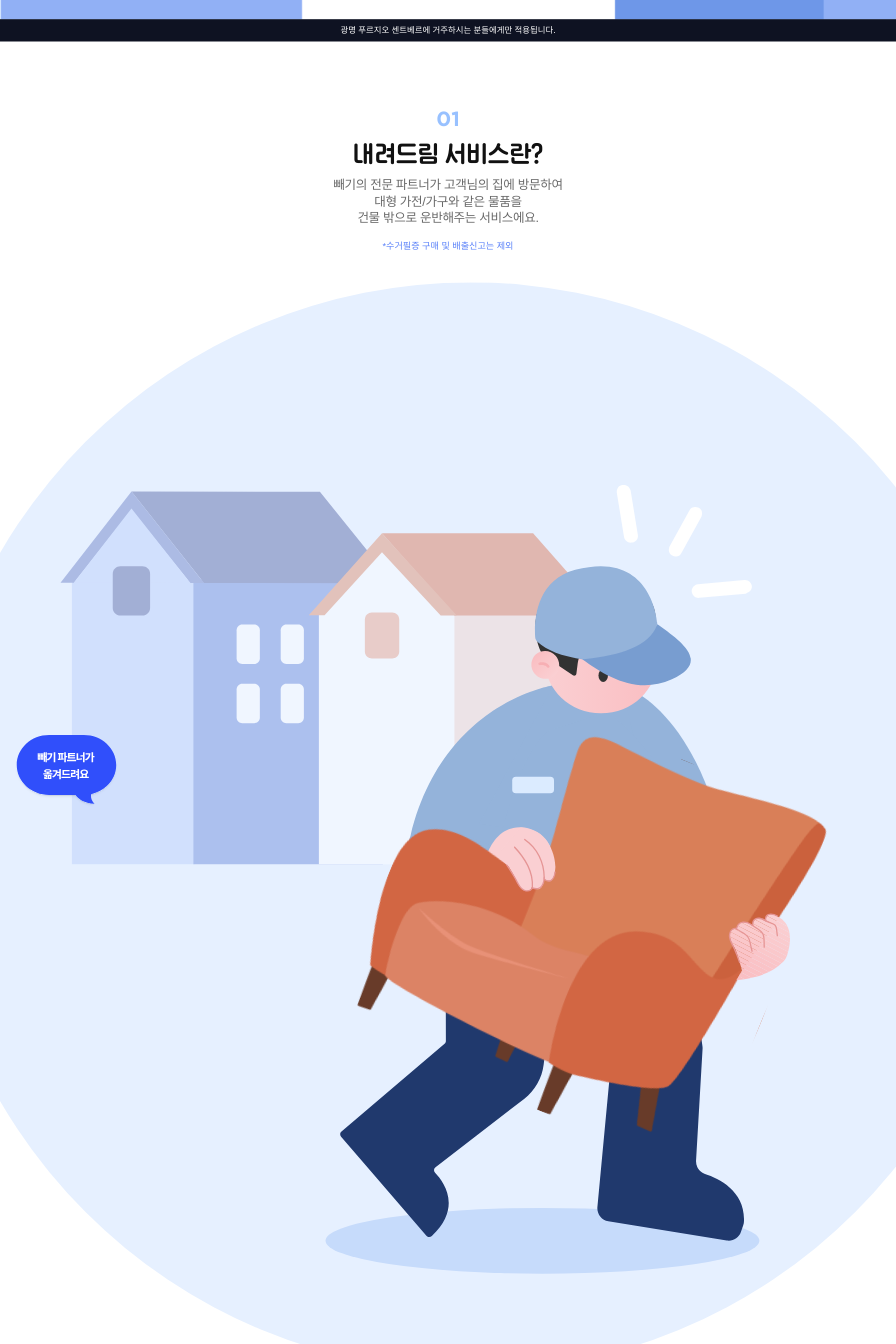
Repository: seraLeeDev/lgthinq-test
Page: index2.html
The author's editor kept a copy of each file at every save. The page is drawn from the files as they stood at one save, then again after the next save.
The browser window is 1280 px wide. The pictures show the part of the page from y = 3415 to 5335 px (the page is 19258 px tall before and 17658 px after), at 70% of full size.
Some web fonts or font styles are not loaded; a fallback is used.

Above is the page before, as saved 2023-03-15 13:01:27.
Console error: ReferenceError: AOS is not defined

After the next save:
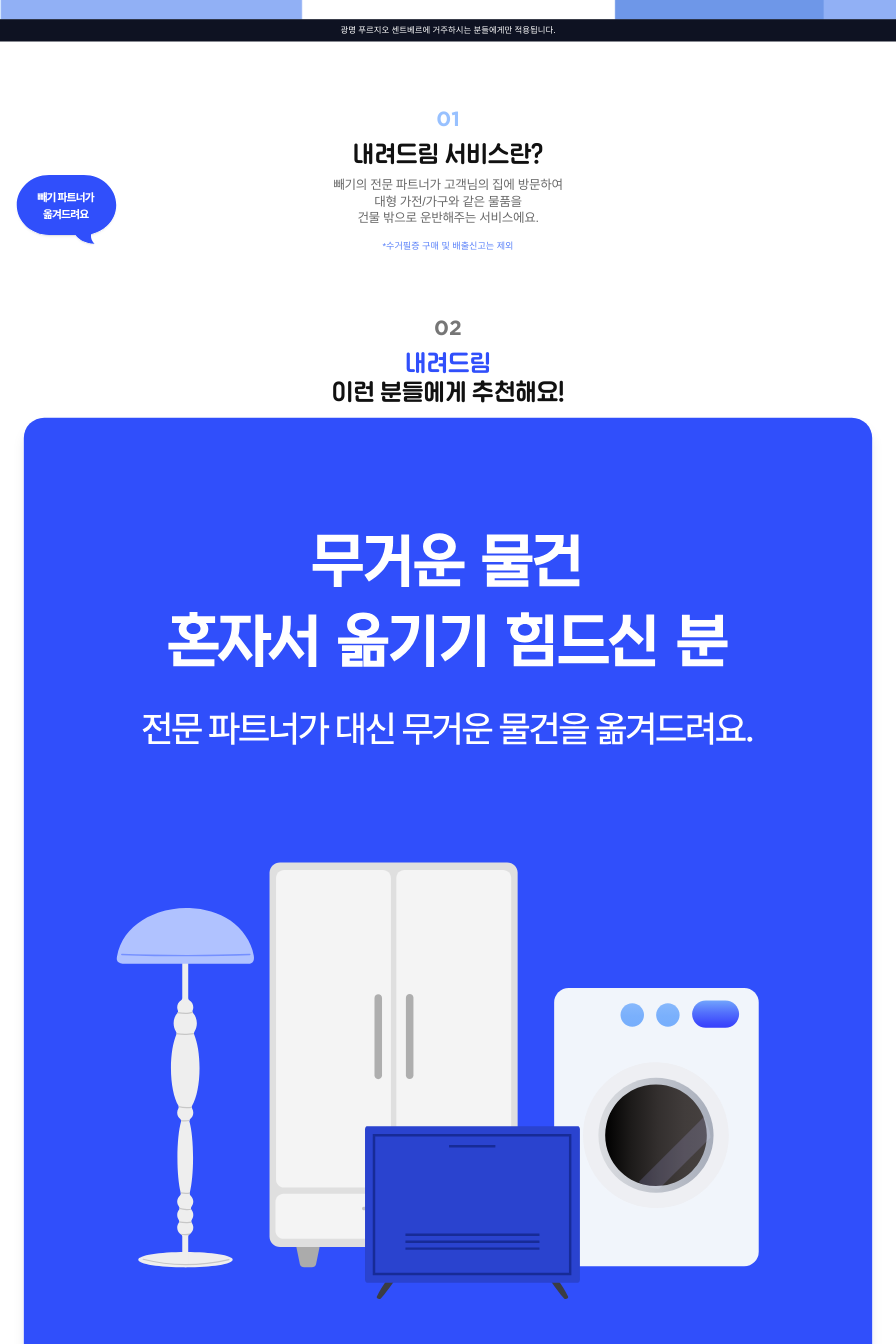
Saved 2 min 5 s later.
--- a/index2.html
+++ b/index2.html
@@ -120,9 +120,9 @@
               alt="빼기 파트너가 옮겨드려요 말풍선"
             />
           </div>
-          <div class="box-img-full sec1">
+          <!-- <div class="box-img-full sec1">
             <img src="/img/01_illust.svg" alt="사람이 물건을 옮기는 일러스트" />
-          </div>
+          </div> -->
         </section>
         <!-- 02. 내려드림 추천 -->
         <section>

After the save that followed:
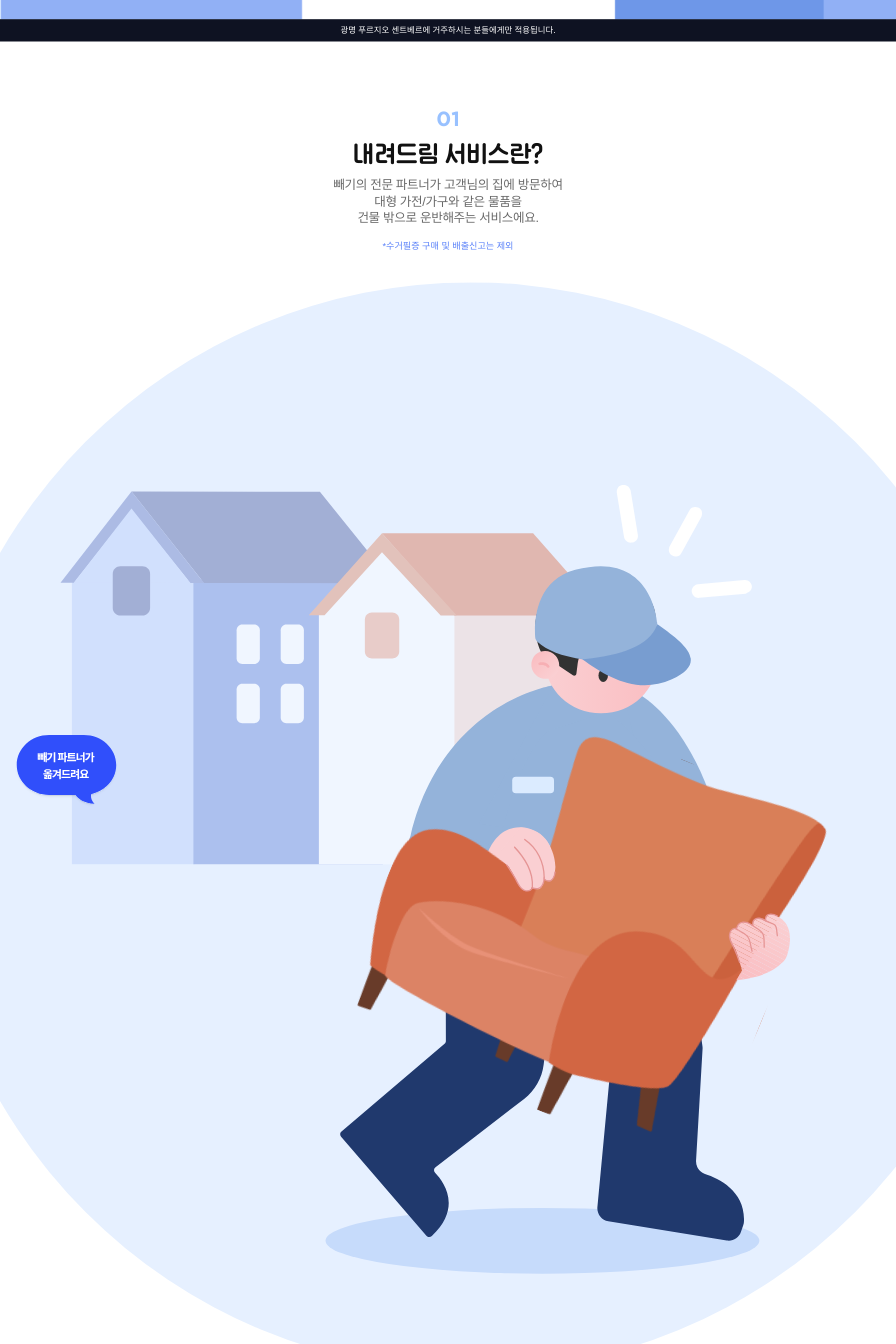
Saved 9 s later.
--- a/index2.html
+++ b/index2.html
@@ -120,9 +120,9 @@
               alt="빼기 파트너가 옮겨드려요 말풍선"
             />
           </div>
-          <!-- <div class="box-img-full sec1">
+          <div class="box-img-full sec1">
             <img src="/img/01_illust.svg" alt="사람이 물건을 옮기는 일러스트" />
-          </div> -->
+          </div>
         </section>
         <!-- 02. 내려드림 추천 -->
         <section>
